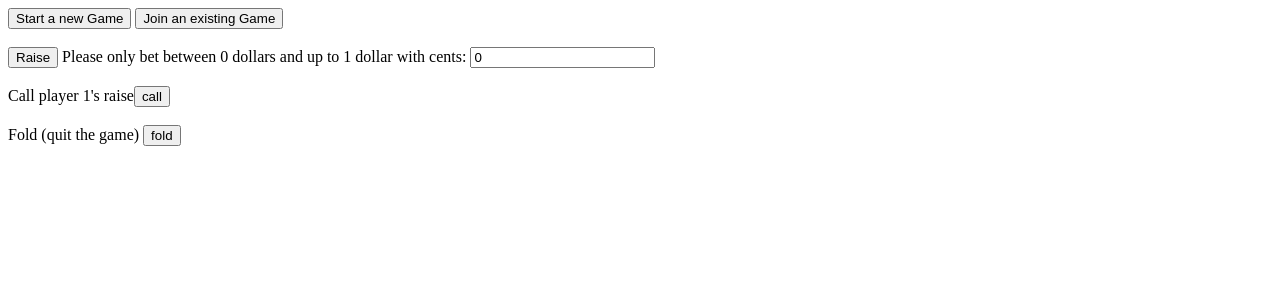
Repository: J2EEBeliever/ISA681_Poker2
Page: http://localhost/StrutsAjax/WEB-INF/game.jsp
The author's editor kept a copy of each file at every save. The page is drawn from the files as they stood at one save, then again after the next save.
The browser window is 1280 px wide. The pictures show the whole page.
The page is served by Tomcat 9. Nobody is signed in. Other server files are loaded and not shown. The template is opened directly, without the code that normally fills it, so the values that code supplies are empty.

Above is the page before, as saved 2015-12-08 19:40:21.

### SOURCE/StrutsAjax/WebContent/WEB-INF/game.jsp
<%@ page contentType="text/html; charset=UTF-8"%>
<%@ taglib prefix="s" uri="/struts-tags"%>
<html>
<head>
<title>Ajax in Struts</title>

<script language="javascript" type="text/javascript">

/*
 * Author: Linus Freeman
 *
 */


//Browser Support Code
function ajaxFunctionbk(){

//	alert('executing ajaxFunction()');
	var ajaxRequest;  // The variable that makes Ajax possible!

	try{
		// Opera 8.0+, Firefox, Safari
		ajaxRequest = new XMLHttpRequest();
		alert('executing ajaxFunction() #10');

	} catch (e){
		// Internet Explorer Browsers

		alert('executing ajaxFunction() #20');

		try{
			ajaxRequest = new ActiveXObject("Msxml2.XMLHTTP");
		} catch (e) {
			try{
				ajaxRequest = new ActiveXObject("Microsoft.XMLHTTP");
			} catch (e){
				// Something went wrong
				alert("Your browser broke!");
				return false;
			}
		}

	}

//	alert('executing ajaxFunction() #30');


	// Create a function that will receive data sent from the server
	ajaxRequest.onreadystatechange = function(){
		if(ajaxRequest.readyState == 4){
			var ajaxDisplay = document.getElementById('ajaxDiv');
			ajaxDisplay.innerHTML = ajaxRequest.responseText;
		}
	}
//	var age = document.getElementById('age').value;
//	var wpm = document.getElementById('wpm').value;
//	var sex = document.getElementById('sex').value;
//	var queryString = "?age=" + age + "&wpm=" + wpm + "&sex=" + sex;

//	alert('executing ajaxFunction() #40');


var queryString = '?playerContent=yes';
	ajaxRequest.open("GET", 'ajaxLogicAction' + queryString, true);
	ajaxRequest.send(null);

//	alert('executing ajaxFunction() #50');

}

</script>


<script src="js/jquery-1.6.2.js" type="text/javascript"></script>
<script type="text/javascript">

function joinGameNow(gameNumber) {


	//alert('#30 exuting javaScript Function joinGameNow(gamePlayer1UserName)');


	$.ajax({
		type : "POST",
		url : '${pageContext.request.contextPath}/joinGameNow.html?gameNumber=' + gameNumber ,
		success : function(response) {
			$('.result').html(response);
		}
	});

	var isGameOver = document.getElementById('IsGameOver');

	if(isGameOver.value == 'yes') {

	}
	else {

		setTimeout(waitForTurnOrGameToStart,5000);

	}


}

function playerContent() {

//	alert('#10');


	$.ajax({
		type : "POST",
		url : '${pageContext.request.contextPath}/getPlayerTurn.html',
		success : function(response) {
			$('.result').html(response);
		}
	});
}

function raise(actionType) {

//	alert('In method raise()');

	var betAmount_ = document.getElementById('betAmount');

//	alert('betAmount = ' + betAmount_.value);

	var betAmountFloat_ = parseFloat(betAmount.value);



	if(actionType == 'raise' && (betAmountFloat_ <= 0 || betAmountFloat_ > 1.00)  ) {

		alert('Bet Amount muset be greater than 0 and less than equal to 1.00 dollar.');


		return;

	}


	$.ajax({
		type : "POST",
		url : '${pageContext.request.contextPath}/raise.html?betAmount=' + betAmountFloat_ + '&actionType=' + actionType,
		success : function(response) {
			$('.result').html(response);
		}
	});



	var isGameOver = document.getElementById('IsGameOver');

	if(isGameOver.value == 'yes') {

	}
	else {

		setTimeout(waitForTurnOrGameToStart,5000);

	}



}

function waitForTurnOrGameToStart() {

//	alert('In method waitForTurnOrGameToStart()');

//	alert('waitForTurnOrGameToStart JavaScript function');



	$.ajax({
		type : "POST",
		url : '${pageContext.request.contextPath}/waitForTurnOrGameToStart.html',
		success : function(response) {
			$('.result').html(response);
		}
	});


	var isGameOver = document.getElementById('IsGameOver');

	if(isGameOver.value == 'yes') {

	}
	else {

		setTimeout(waitForTurnOrGameToStart,5000);

	}



}


$(document).ready(function() {


	/*)
		$('#joinGameNow1').click(function() {
			$.ajax({
				type : "POST",
				url : '${pageContext.request.contextPath}/joinGameNow1.html',
				success : function(response) {
					$('.result').html(response);
				}
			});
		});
	*/

	/*
		$('#joinGameNow1').click(function() {
			$.ajax({
				type : "POST",
				url : '${pageContext.request.contextPath}/joinGameNow1.html',
				success : function(response) {
					$('.result').html(response);
				}
			});


		});

		*/

		$('#buttonJoinGame2').click(function() {
			$.ajax({
				type : "POST",
				url : '${pageContext.request.contextPath}/joinGame2.html',
				success : function(response) {
					$('.result').html(response);
				}
			});


		});


		$('#buttonNewGame').click(function() {
			$.ajax({
				type : "POST",
				url : '${pageContext.request.contextPath}/newGame.html',
				success : function(response) {
					$('.result').html(response);
				}
			});


			var isGameOver = document.getElementById('IsGameOver');

			if(isGameOver.value == 'yes') {

			}
			else {

//				aler('New Game setTimeout()');

				setTimeout(waitForTurnOrGameToStart,5000);

			}



		});


/*
		$('#buttonJoinGame').click(function() {
			$.ajax({
				type : "POST",
				url : '${pageContext.request.contextPath}/joinGame.html',
				success : function(response) {
					$('.result').html(response);
				}
			});
		});
*/

		$('#buttonHello').click(function() {
			$.ajax({
				type : "POST",
				url : '${pageContext.request.contextPath}/hello.html',
				success : function(response) {
					$('.result').html(response);
				}
			});
		});

		$('#buttonSum').click(function() {
			$.ajax({
				type : "GET",
				data : {
					a : 1,
					b : 2
				},
				url : '${pageContext.request.contextPath}/sum.html',
				success : function(response) {
					$('.result').html(response);
				}
			});
		});

		$('#buttonFind').click(function() {
			$.ajax({
				type : "GET",
				headers : {
					Accept : "application/json; charset=utf-8",
					"Content-Type" : "application/json; charset=utf-8"
				},
				url : '${pageContext.request.contextPath}/find.html',
				success : function(response) {
					var result = 'Id: ' + response.sp.id + '<br>Name: ' + response.sp.name + '<br>Price: ' + response.sp.price;
					$('.result').html(result);
				}
			});
		});

		//buttonJoinGame

	/*
		$('#buttonJoinGame').click(function() {
			$.ajax({
				type : "GET",
				headers : {
					Accept : "application/json; charset=utf-8",
					"Content-Type" : "application/json; charset=utf-8"
				},
				url : '${pageContext.request.contextPath}/joinGame.html',
				success : function(response) {
					var n = response.lu.length;
					var result = '';
					for(var i=0; i<n; i++)
						//result += '<br><a href = "${pageContext.request.contextPath}/joinGameNow.html?gameUserName="' + response.lu[i].userName + '" value = "' + response.lu[i].userName + '">';
						result += '<br>' + response.lu[i].userName + '<br>';
					$('.result').html(result);
				}
			});
		});
	*/


		$('#buttonFindAll').click(function() {
			$.ajax({
				type : "GET",
				headers : {
					Accept : "application/json; charset=utf-8",
					"Content-Type" : "application/json; charset=utf-8"
				},
				url : '${pageContext.request.contextPath}/findall.html',
				success : function(response) {
					var n = response.lp.length;
					var result = '';
					for(var i=0; i<n; i++)
						result += '<br>Id: ' + response.lp[i].id + ' - Name: ' + response.lp[i].name + ' - Price: ' + response.lp[i].price;
					$('.result').html(result);
				}
			});
		});

	});
</script>
</head>


<body onloadbk="setTimeout(playActiveGame,5000)">

	<input type="button" value="Start a new Game" id="buttonNewGame">
	<!-- input type="button" value="Join an existing Game" id="buttonJoinGame" -->
	<input type="button" value="Join an existing Game" id="buttonJoinGame2">

	<BR>
	<BR>
	<input type="hidden" id = "IsGameOver" name = "IsGameOver" value = "no" >
	<input type="button" name="raise" value="Raise" id="raise"
		onclick="raise('raise')"> Please only bet between 0 dollars and up to
	1 dollar with cents:
	<input type="text" name="betAmount" value="0" id="betAmount">
	<BR><BR>
	Call player 1's raise<input type="button" name="call" value="call" id="call"
		onclick="raise('call')"> <BR><BR>
	Fold (quit the game) <input type="button" name="fold" value="fold" id="fold"
		onclick="fold()" >



	<!--   input type="button" value="Hello" id="buttonHello">
	<input type="button" value="Sum" id="buttonSum">
	<input type="button" value="Find" id="buttonFind">
	<input type="button" value="Find All" id="buttonFindAll" -->
	<br>
	<div class="result"></div>
	<BR>
	<BR>
	<div class="result2"></div>


</body>
</html>

Loaded but not shown: SOURCE/StrutsAjax/WebContent/js/jquery-1.6.2.js (library)

After the next save:
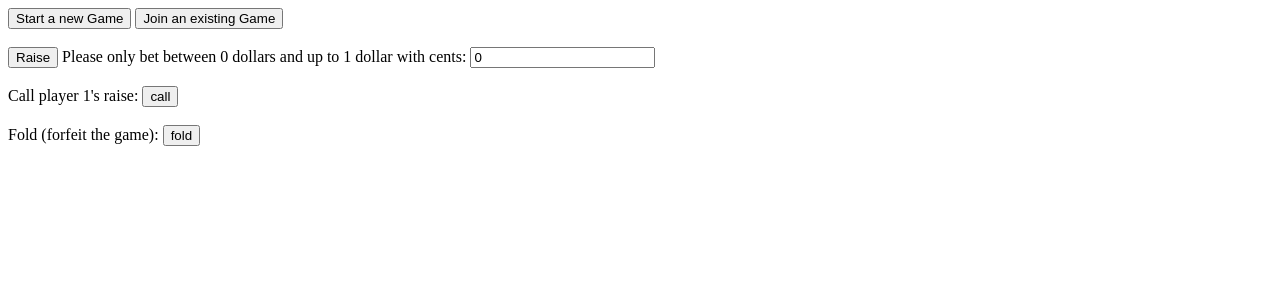
Saved 9 min 29 s later.
--- a/SOURCE/StrutsAjax/WebContent/WEB-INF/game.jsp
+++ b/SOURCE/StrutsAjax/WebContent/WEB-INF/game.jsp
@@ -379,9 +379,9 @@ $(document).ready(function() {
 	1 dollar with cents:
 	<input type="text" name="betAmount" value="0" id="betAmount">
 	<BR><BR>
-	Call player 1's raise<input type="button" name="call" value="call" id="call"
+	Call player 1's raise: <input type="button" name="call" value="call" id="call"
 		onclick="raise('call')"> <BR><BR>
-	Fold (quit the game) <input type="button" name="fold" value="fold" id="fold"
+	Fold (forfeit the game): <input type="button" name="fold" value="fold" id="fold"
 		onclick="fold()" >
 
 
